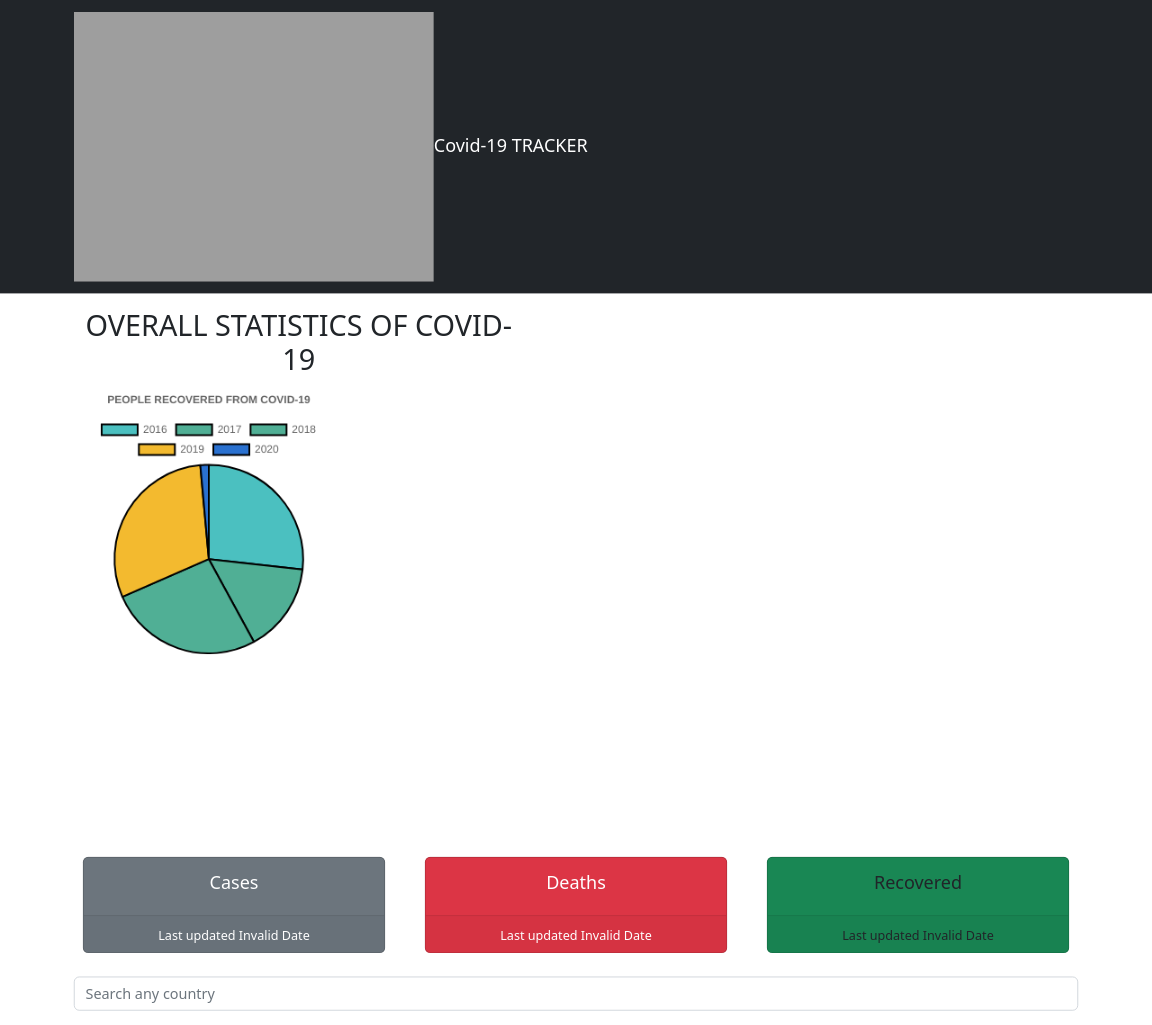
Repository: azizdeghais/CovidTracker
Page: /
These files come from the project's save history. The page is drawn as it stood at one moment and after a run of saves; the edit follows.
The browser window is 1280 px wide. The pictures show the whole page, at 90% of full size.
Pictures or frames that could not be fetched are drawn as grey boxes. The page's requests for data from a server got no answer. The project was rebuilt for these pictures with package versions that can differ from the ones it lists, and the page was loaded fresh each time. No one was signed in, and anything a server would have sent is missing. Also part of the build but not shown: vite.config.js.

Above is the page before, as saved 2023-03-10 17:34:52.

After the next 2 saves:
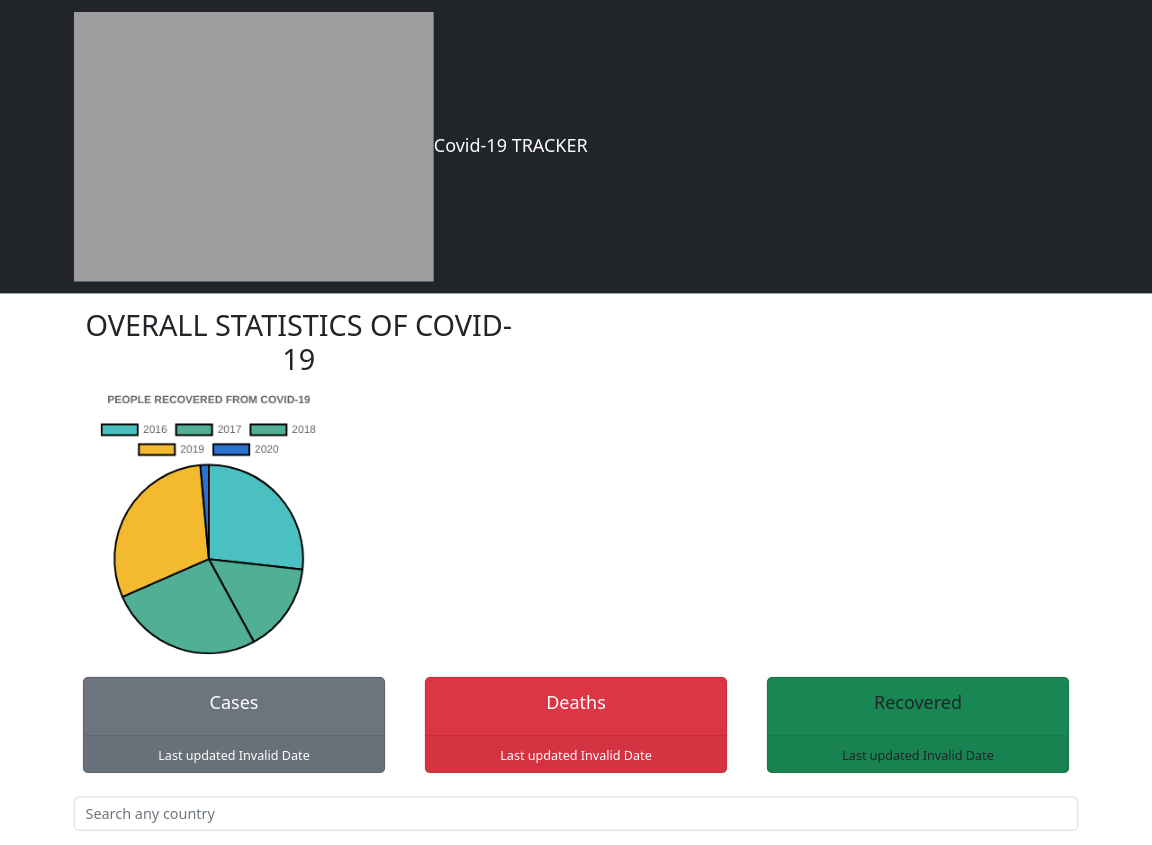
The 2 saves are shown as one change because they came seconds apart.
The last was saved 7 s later.
--- a/src/App.jsx
+++ b/src/App.jsx
@@ -107,7 +107,7 @@ function App() {
     <>
     <Nav/>
     <Container>
-    <div  style={{width:'500px',height:'300px',marginBottom:'300px',display:'flex'}}>
+    <div  style={{width:'500px',height:'300px',marginBottom:'100px',display:'flex'}}>
         <PieChart chartData={chartData}/>
     </div>
 
